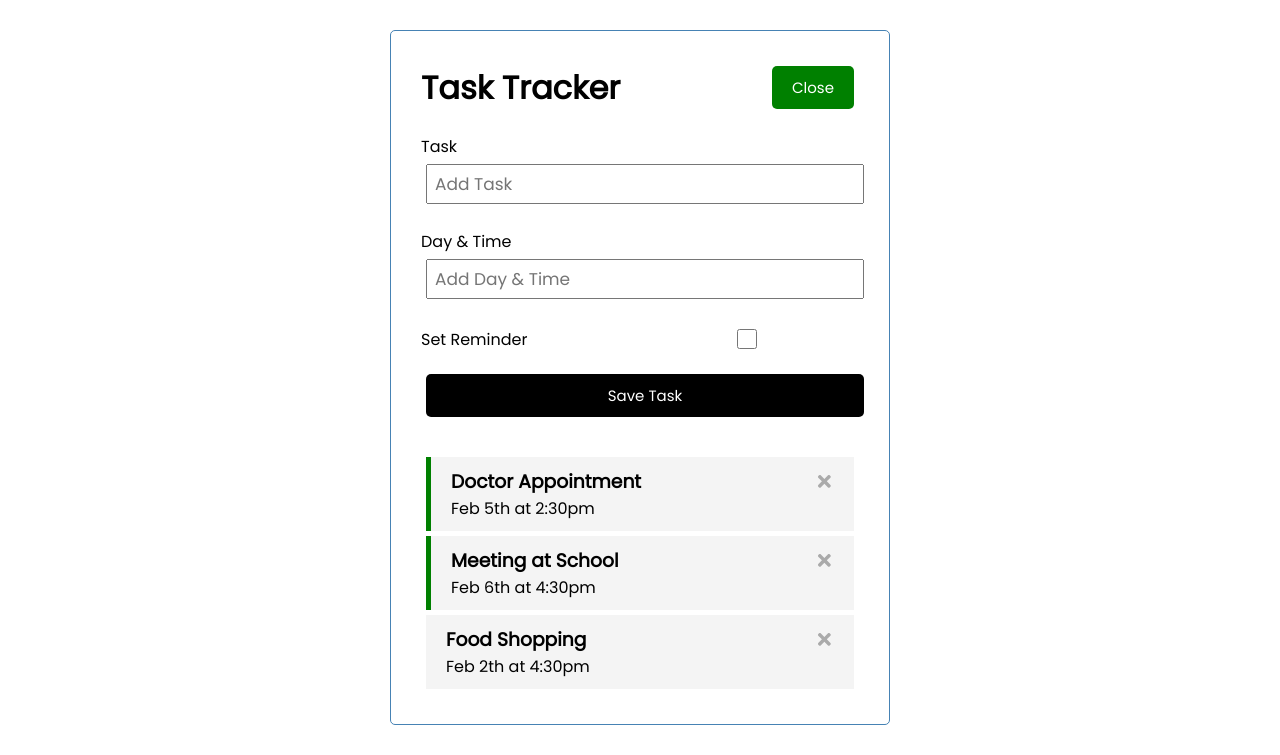
Repository: kate30980/task-tracker-reactjs
Page: /
The author's editor kept a copy of each file at every save. The page is drawn from the files as they stood at one save, then again after the next save.
The browser window is 1280 px wide. The pictures show the whole page.
The project was rebuilt for these pictures with package versions that can differ from the ones it lists, and the page was loaded fresh each time.

Above is the page before, as saved 2021-09-19 21:20:28.

### public/index.html
<!DOCTYPE html>
<html lang="en">

<head>
  <meta charset="utf-8" />
  <link rel="icon" href="%PUBLIC_URL%/favicon.ico" />
  <meta name="viewport" content="width=device-width, initial-scale=1" />
  <meta name="theme-color" content="#000000" />
  <meta name="description" content="Web site created using create-react-app" />
  <link rel="apple-touch-icon" href="%PUBLIC_URL%/logo192.png" />
  <!--
      manifest.json provides metadata used when your web app is installed on a
      user's mobile device or desktop. See https://developers.google.com/web/fundamentals/web-app-manifest/
    -->
  <link rel="manifest" href="%PUBLIC_URL%/manifest.json" />
  <!--
      Notice the use of %PUBLIC_URL% in the tags above.
      It will be replaced with the URL of the `public` folder during the build.
      Only files inside the `public` folder can be referenced from the HTML.

      Unlike "/favicon.ico" or "favicon.ico", "%PUBLIC_URL%/favicon.ico" will
      work correctly both with client-side routing and a non-root public URL.
      Learn how to configure a non-root public URL by running `npm run build`.
    -->
  <title>Task Tracker</title>
</head>

<body>
  <noscript>You need to enable JavaScript to run this app.</noscript>
  <div id="root"></div>
  <!--
      This HTML file is a template.
      If you open it directly in the browser, you will see an empty page.

      You can add webfonts, meta tags, or analytics to this file.
      The build step will place the bundled scripts into the <body> tag.

      To begin the development, run `npm start` or `yarn start`.
      To create a production bundle, use `npm run build` or `yarn build`.
    -->
</body>

</html>

### src/index.css
@import url('https://fonts.googleapis.com/css2?family=Poppins:wght@300;400&display=swap');

* {
  box-sizing: border-box;
  margin: 0;
  padding: 0;
}

body {
  font-family: 'Poppins', sans-serif;
}

.container {
  max-width: 500px;
  margin: 30px auto;
  overflow: auto;
  min-height: 300px;
  border: 1px solid steelblue;
  padding: 30px;
  border-radius: 5px;
}

.header {
  display: flex;
  justify-content: space-between;
  align-items: center;
  margin-bottom: 20px;
}

.btn {
  display: inline-block;
  background: #000;
  color: #fff;
  border: none;
  padding: 10px 20px;
  margin: 5px;
  border-radius: 5px;
  cursor: pointer;
  text-decoration: none;
  font-size: 15px;
  font-family: inherit;
}

.btn:focus {
  outline: none;
}

.btn:active {
  transform: scale(0.98);
}

.btn-block {
  display: block;
  width: 100%;
}

.task {
  background: #f4f4f4;
  margin: 5px;
  padding: 10px 20px;
  cursor: pointer;
}

.task.reminder {
  border-left: 5px solid green;
}

.task h3 {
  display: flex;
  align-items: center;
  justify-content: space-between;
}

.add-form {
  margin-bottom: 40px;
}

.form-control {
  margin: 20px 0;
}

.form-control label {
  display: block;
}

.form-control input {
  width: 100%;
  height: 40px;
  margin: 5px;
  padding: 3px 7px;
  font-size: 17px;
  font-family: inherit;
}

.form-control-check {
  display: flex;
  align-items: center;
  justify-content: space-between;
}

.form-control-check label {
  flex: 1;
}

.form-control-check input {
  flex: 1;
  height: 20px;
}

footer {
  margin-top: 30px;
  text-align: center;
}

### src/App.js
import { useState } from "react";
import Header from "./components/Header";
import Tasks from "./components/Tasks";
import AddTask from "./components/AddTask";

function App() {
  const [showAddTask, setShowAddTask] = useState(true);
  const [tasks, setTasks] = useState([
    {
      id: 1,
      text: "Doctor Appointment",
      day: "Feb 5th at 2:30pm",
      reminder: true,
    },
    {
      id: 2,
      text: "Meeting at School",
      day: "Feb 6th at 4:30pm",
      reminder: true,
    },
    {
      id: 3,
      text: "Food Shopping",
      day: "Feb 2th at 4:30pm",
      reminder: false,
    },
  ]);

  //Add Task
  const addTask = (task) => {
    const id = Math.floor(Math.random() * 10000) + 1;
    const newTask = { id, ...task };
    setTasks([...tasks, newTask]);
  };

  // Delete tasks
  const deleteTask = (id) => {
    setTasks(tasks.filter((task) => task.id !== id));
  };

  //Toogle reminder
  const toggleReminder = (id) => {
    setTasks(
      tasks.map((task) =>
        task.id === id ? { ...task, reminder: !task.reminder } : task
      )
    );
  };

  return (
    <div className="container">
      <Header
        onAdd={() => setShowAddTask(!showAddTask)}
        showAdd={showAddTask}
      />
      {showAddTask && <AddTask onAdd={addTask} />}
      {tasks.length > 0 ? (
        <Tasks tasks={tasks} onDelete={deleteTask} onToggle={toggleReminder} />
      ) : (
        "No Tasks To Show"
      )}
    </div>
  );
}

export default App;

### src/components/Header.js
import PropTypes from "prop-types";
import Button from "./Button";

const Header = ({ title, onAdd, showAdd }) => {
  return (
    <header className="header">
      <h1>{title}</h1>
      <Button color="green" text={showAdd ? "Close" : "Add"} onClick={onAdd} />
    </header>
  );
};

Header.defaultProps = {
  title: "Task Tracker",
};

Header.propTypes = {
  title: PropTypes.string.isRequired,
};

export default Header;

### src/components/AddTask.js
import { useState } from "react";

const AddTask = ({ onAdd }) => {
  const [text, setText] = useState("");
  const [day, setDay] = useState("");
  const [reminder, setReminder] = useState(false);

  const onSubmit = (e) => {
    e.preventDefault();

    if (!text) {
      alert("Please add a task");
      return;
    }

    onAdd({ text, day, reminder });

    setText("");
    setDay("");
    setReminder(false);
  };

  return (
    <form className="add-form" onSubmit={onSubmit}>
      <div className="form-control">
        <label>Task</label>
        <input
          type="text"
          placeholder="Add Task"
          value={text}
          onChange={(e) => setText(e.target.value)}
        />
      </div>
      <div className="form-control">
        <label>Day & Time</label>
        <input
          type="text"
          placeholder="Add Day & Time"
          value={day}
          onChange={(e) => setDay(e.target.value)}
        />
      </div>
      <div className="form-control form-control-check">
        <label>Set Reminder</label>
        <input
          type="checkbox"
          checked={reminder}
          value={reminder}
          onChange={(e) => setReminder(e.currentTarget.checked)}
        />
      </div>

      <input type="submit" value="Save Task" className="btn btn-block" />
    </form>
  );
};

export default AddTask;

### src/components/Task.js
import { FaTimes } from "react-icons/fa";

const Task = ({ task, onDelete, onToggle }) => {
  return (
    <div
      className={`task ${task.reminder ? "reminder" : ""}`}
      onDoubleClick={() => onToggle(task.id)}
    >
      <h3>
        {task.text}{" "}
        <FaTimes
          style={{ color: "#aaa", cursor: "pointer" }}
          onClick={() => onDelete(task.id)}
        />
      </h3>
      <p>{task.day}</p>
    </div>
  );
};

export default Task;

Loaded but not shown: src/index.js (common file); src/reportWebVitals.js (common file); src/components/Tasks.js (common file); src/components/Button.js (common file)

After the next save:
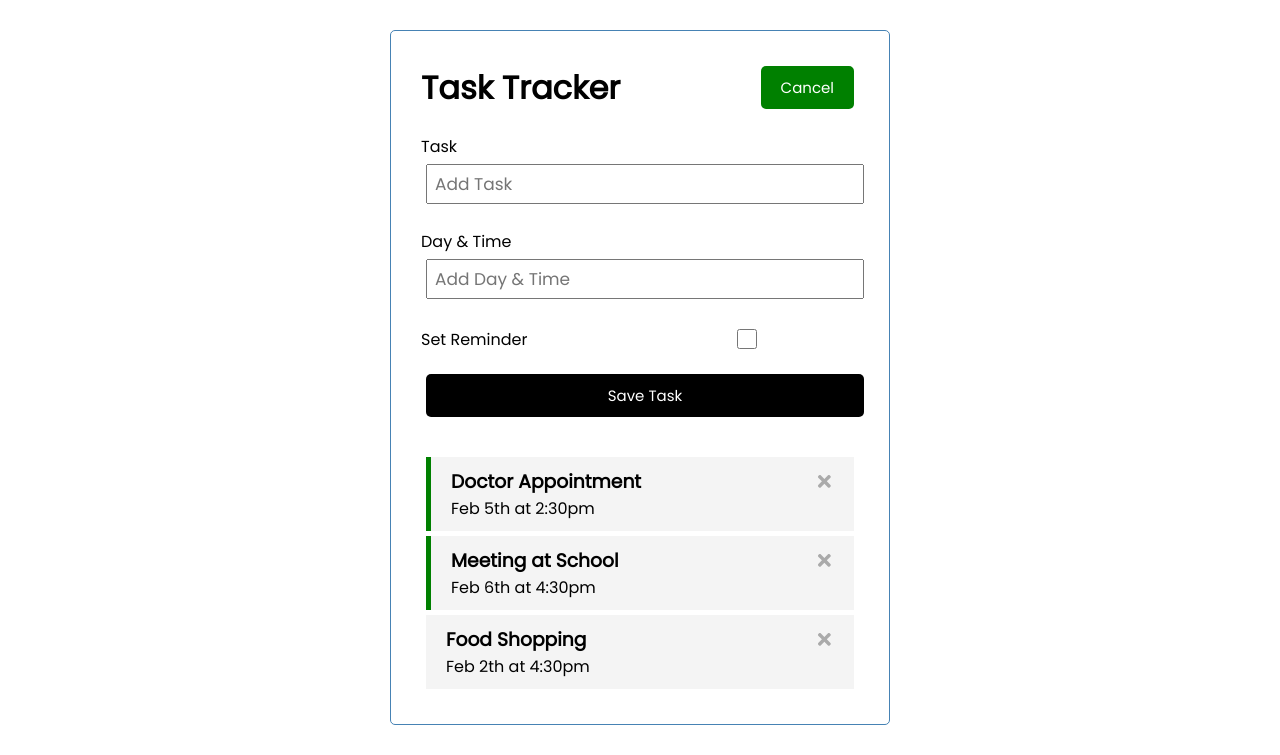
Saved 10 s later.
--- a/src/components/Header.js
+++ b/src/components/Header.js
@@ -5,7 +5,7 @@ const Header = ({ title, onAdd, showAdd }) => {
   return (
     <header className="header">
       <h1>{title}</h1>
-      <Button color="green" text={showAdd ? "Close" : "Add"} onClick={onAdd} />
+      <Button color="green" text={showAdd ? "Cancel" : "Add"} onClick={onAdd} />
     </header>
   );
 };
